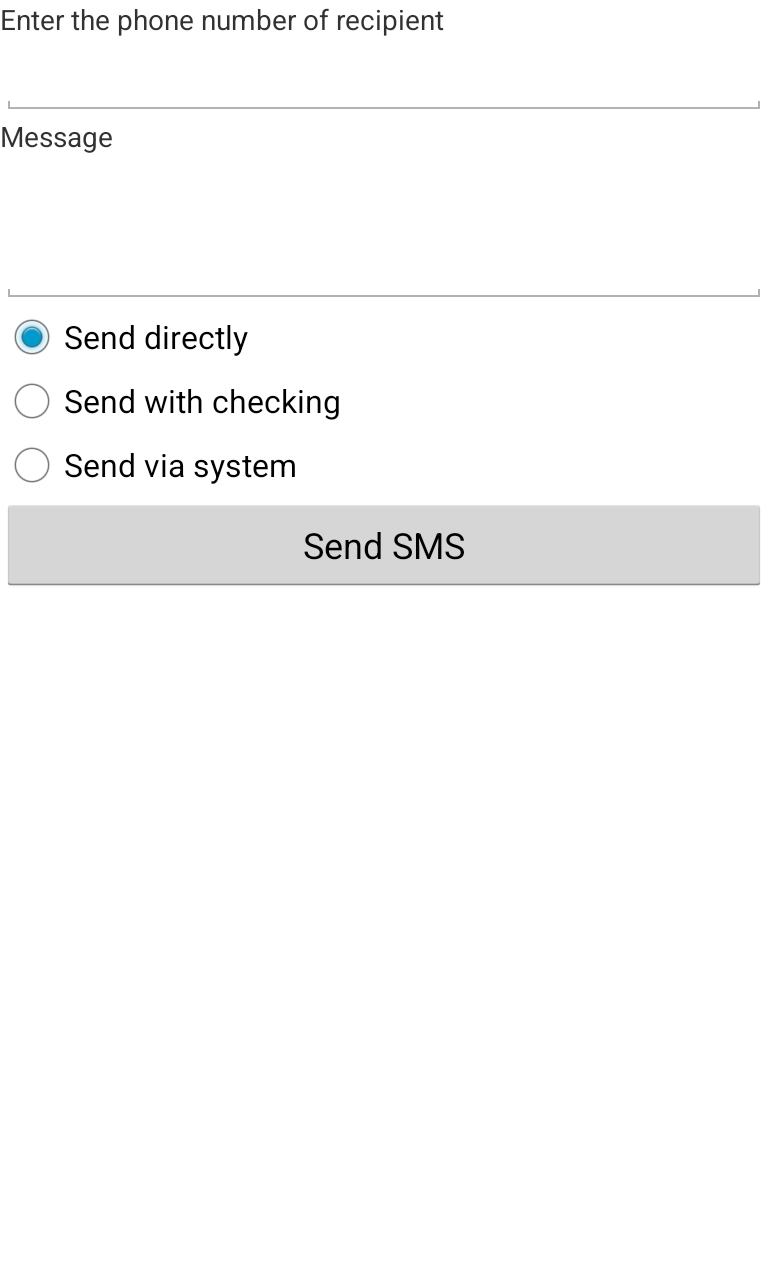
Repository: cutepig123/MyAndroidTestApps
Layout: Test7_SMS/res/layout/activity_main.xml
These files come from the project's save history. The layout is drawn as it stood at one moment and after a run of saves; the edit follows.
It is drawn on a 768 x 1280 px phone screen (xhdpi) without system bars, with theme AppTheme; the app's code is not run.

Above is the layout before, as saved 2013-04-26 16:03:00.

### Test7_SMS/res/layout/activity_main.xml
<LinearLayout xmlns:android="http://schemas.android.com/apk/res/android"
    android:layout_width="fill_parent"
    android:layout_height="fill_parent"
    android:orientation="vertical" >

    <TextView
        android:layout_width="fill_parent"
        android:layout_height="wrap_content"
        android:text="Enter the phone number of recipient" />

    <EditText
        android:id="@+id/txtPhoneNo"
        android:layout_width="fill_parent"
        android:layout_height="wrap_content" />

    <TextView
        android:layout_width="fill_parent"
        android:layout_height="wrap_content"
        android:text="Message" />

    <EditText
        android:id="@+id/txtMessage"
        android:layout_width="fill_parent"
        android:layout_height="150px"
        android:gravity="top" />

    <RadioGroup
        android:id="@+id/radioGroup1"
        android:layout_width="fill_parent"
        android:layout_height="wrap_content" >

        <RadioButton
            android:id="@+id/radio_sendDirectly"
            android:layout_width="fill_parent"
            android:layout_height="wrap_content"
            android:checked="true"
            android:text="Send directly" />

        <RadioButton
            android:id="@+id/radio_sendWithChk"
            android:layout_width="fill_parent"
            android:layout_height="wrap_content"
            android:text="Send with checking" />

        <RadioButton
            android:id="@+id/radio_sendViaSystem"
            android:layout_width="fill_parent"
            android:layout_height="wrap_content"
            android:text="Send via system" />
    </RadioGroup>

    <Button
        android:id="@+id/btnSendSMS"
        android:layout_width="fill_parent"
        android:layout_height="wrap_content"
        android:text="Send SMS" />

</LinearLayout>

Loaded but not shown: Test7_SMS/res/values/styles.xml (common file); Test7_SMS/res/values-v11/styles.xml (common file); Test7_SMS/res/values-v14/styles.xml (common file)

After the next 2 saves:
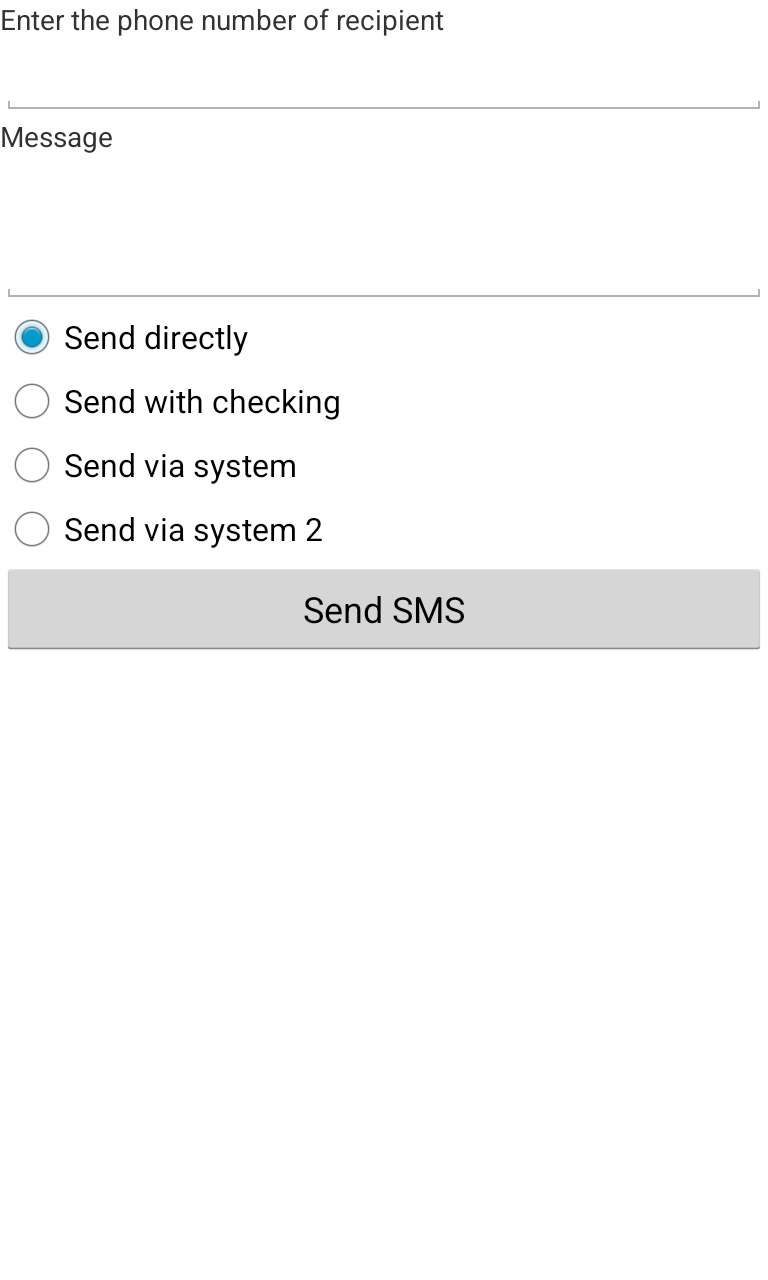
The 2 saves are shown as one change because they came seconds apart.
The last was saved 2 min 9 s later.
--- a/Test7_SMS/res/layout/activity_main.xml
+++ b/Test7_SMS/res/layout/activity_main.xml
@@ -47,6 +47,12 @@
             android:layout_width="fill_parent"
             android:layout_height="wrap_content"
             android:text="Send via system" />
+
+        <RadioButton
+            android:id="@+id/radio_sendViaSystem2"
+            android:layout_width="fill_parent"
+            android:layout_height="wrap_content"
+            android:text="Send via system 2" />
     </RadioGroup>
 
     <Button
